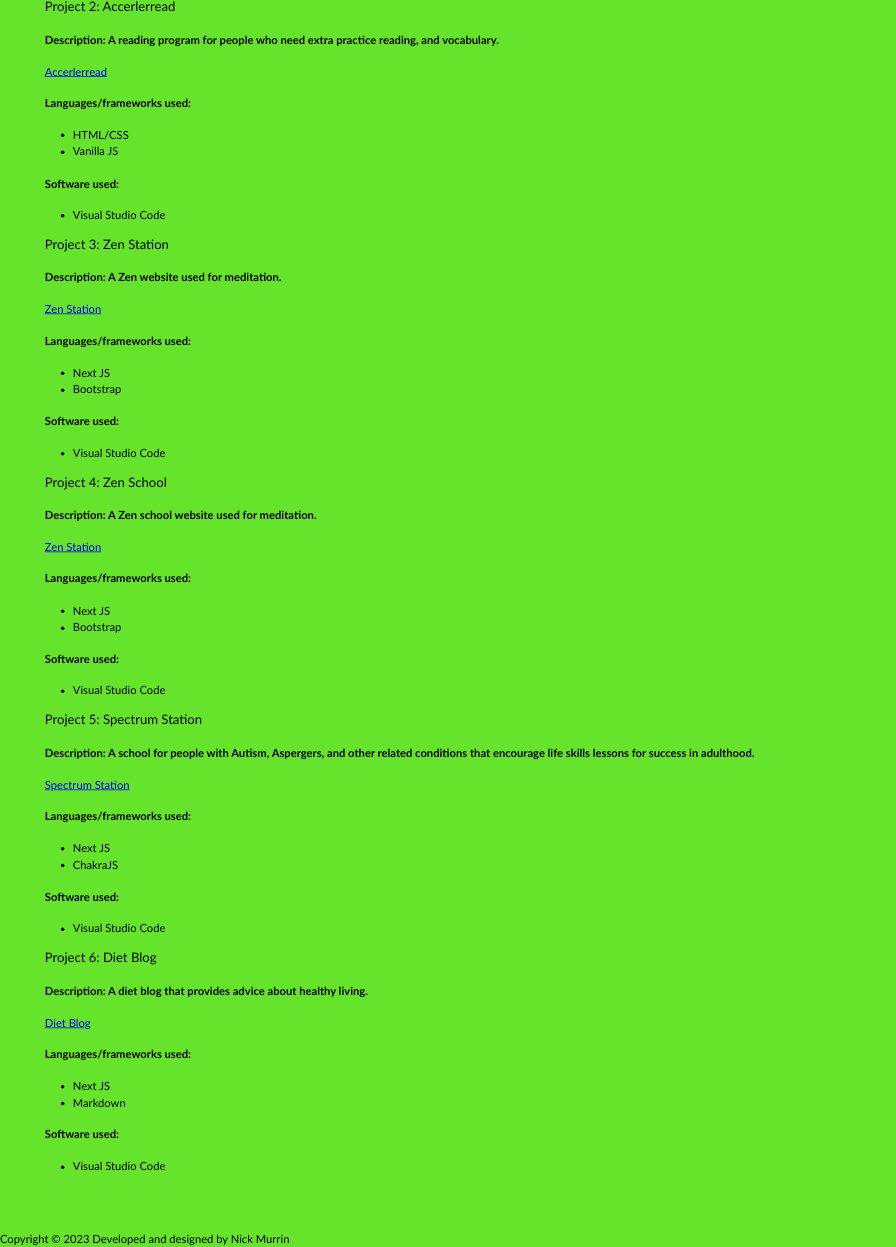
Repository: collegedude9300/modernport
Page: about.html
These files come from the project's save history. The page is drawn as it stood at one moment and after the next save; the edit follows.
The browser window is 1280 px wide. The pictures show the part of the page from y = 827 to 2747 px (the page is 2609 px tall before and 2747 px after), at 70% of full size.

Above is the page before, as saved 2023-06-26 22:14:15.

### about.html
<!DOCTYPE html>
<html lang="en">
<head>
  <meta charset="UTF-8">
  <meta name="viewport" content="width=device-width, initial-scale=1.0">
  <meta http-equiv="X-UA-Compatible" content="ie=edge">
  <link rel="stylesheet" href="css/main.css">
  <title>Portfolio</title>
</head>
<body>
<header>
<div class="menu-btn">
<div class="btn-line"></div>
<div class="btn-line"></div>
<div class="btn-line"></div>
</div>

<nav class="menu">
<div class="menu-branding">
<div class="portrait"></div>
</div>

<ul class="menu-nav">
<li class="nav-item">
<a href="index.html" class="nav-link">
Home
</a>
</li>

<li class="nav-item current">
<a href="about.html" class="nav-link">
About Me
</a>
</li>



<li class="nav-item">
<a href="contact.html" class="nav-link">
Contact Me
</a>
</li>
</ul>
</nav>
</header>
<main id="home">

<h1 class="lg-heading">
About Me:
</h1>
    <div class="about-info">
      <div class="bio">
        <p>My name is Nick Murrin and I am a Computer Science graduate of California State University San Marcos.
        In addition to being a web developer, I am also a mobile developer.
        </p>
        <h4>  Web Development Projects:</h4>
      </div>
      <div class="project1">
        <h3>Project 1: Education Station </h3>
        <h4>Description: A website for students to get extra practice with their early development skills.</h4>
        <a href="https://educationstation.vercel.app/ "/>Education Station </a>
<h4> Languages/frameworks used: </h4>
<ul>
  <li>HTML/CSS</li>
  <li>Vanilla JS </li>
</ul>
<h4> Software used: </h4>
<ul>
<li> Visual Studio Code  </li>
</ul>
      </div>
      <div class="project2">
        <h3>Project 2: Accerlerread</h3>
        <h4>Description: A reading program for people who need extra practice reading, and vocabulary. </h4>
        <a href="https://accelerread.vercel.app/"/> Accerlerread </a>
    <h4> Languages/frameworks used: </h4>
    <ul>
      <li>HTML/CSS</li>
      <li>Vanilla JS </li>
    </ul>
    <h4> Software used: </h4>
    <ul>
    <li> Visual Studio Code  </li>
    </ul>
      </div>
<div class="project3">
        <h3>Project 3: Zen Station</h3>
        <h4>Description: A Zen website used for meditation.</h4>
        <a href="https://zenstationnext.vercel.app/"/> Zen Station </a>
<h4> Languages/frameworks used: </h4>
<ul>
  <li>Next JS</li>
  <li>Bootstrap</li>
</ul>
<h4> Software used: </h4>
<ul>
<li> Visual Studio Code  </li>
</ul>
      </div>

      <div class="project4">
        <h3>Project 4: Zen School</h3>
        <h4>Description: A Zen school website used for meditation.</h4>
        <a href="https://zenschool.vercel.app/"/> Zen Station </a>
<h4> Languages/frameworks used: </h4>
<ul>
  <li>Next JS</li>
  <li>Bootstrap</li>
</ul>
<h4> Software used: </h4>
<ul>
<li> Visual Studio Code  </li>
</ul>
      </div>


      <div class="project5">
        <h3>Project 5: Spectrum Station</h3>
        <h4>Description: A school for people with Autism, Aspergers, and other related conditions that encourage life skills lessons for success in adulthood.</h4>
        <a href="https://spectrumstation.vercel.app/"/> Spectrum Station </a>
<h4> Languages/frameworks used: </h4>
<ul>
  <li>Next JS</li>
  <li>ChakraJS</li>
</ul>
<h4> Software used: </h4>
<ul>
<li> Visual Studio Code  </li>
</ul>
      </div>

      <div class="project6">
        <h3>Project 6:  Diet Blog</h3>
        <h4>Description: A diet blog that provides advice about healthy living.</h4>
        <a href="https://dietblog.vercel.app/"/> Diet Blog </a>
<h4> Languages/frameworks used: </h4>
<ul>
  <li>Next JS</li>
  <li>Markdown</li>
</ul>
<h4> Software used: </h4>
<ul>
<li> Visual Studio Code  </li>
</ul>
      </div>

</div>
</div>
</main>
  <footer id="main-footer">
  Copyright &copy; 2023
  Developed and designed by Nick Murrin
  </footer>
<script src="js/main.js"> </script>
</body>
</html>

### css/main.css
.menu-btn {
  position: absolute;
  z-index: 3;
  right: 35px;
  top: 35px;
  cursor: pointer;
  transition: all 0.5s ease-out; }
  .menu-btn .btn-line {
    width: 28px;
    height: 3px;
    margin: 0 0 5px 0;
    background: #000;
    transition: all 0.5s ease-out; }
  .menu-btn.close {
    transform: rotate(180deg); }
    .menu-btn.close .btn-line:nth-child(1) {
      transform: rotate(45deg) translate(5px, 5px); }
    .menu-btn.close .btn-line:nth-child(2) {
      opacity: 0; }
    .menu-btn.close .btn-line:nth-child(3) {
      transform: rotate(-45deg) translate(7px, -6px); }

.menu {
  position: fixed;
  top: 0;
  width: 100%;
  opacity: 0.9;
  visibility: hidden; }
  .menu.show {
    visibility: visible; }
  .menu-branding, .menu-nav {
    display: flex;
    flex-flow: column wrap;
    align-items: center;
    justify-content: center;
    float: left;
    width: 50%;
    height: 100vh;
    overflow: hidden; }
  .menu-nav {
    margin: 0;
    padding: 0;
    background: #f6a205;
    list-style: none;
    transform: translate3d(0, -100%, 0);
    transition: all 0.5s ease-out; }
    .menu-nav.show {
      transform: translate3d(0, 0, 0); }
  .menu-branding {
    background: #faac1b;
    transform: translate3d(0, 100%, 0);
    transition: all 0.5s ease-out; }
    .menu-branding.show {
      transform: translate3d(0, 0, 0); }
    .menu-branding .portrait {
      width: 250px;
      height: 250px; }
  .menu .nav-item {
    transform: translate3d(600px, 0, 0);
    transition: all 0.5s ease-out; }
    .menu .nav-item.show {
      transform: translate3d(0, 0, 0); }
  .menu .nav-link {
    display: inline-block;
    position: relative;
    font-size: 30px;
    text-transform: uppercase;
    padding: 1rem 0;
    font-weight: 300;
    color: #000;
    text-decoration: none;
    transition: all 0.5s ease-out; }

.nav-item:nth-child(1) {
  transition-delay: 0.1s; }

.nav-item:nth-child(2) {
  transition-delay: 0.2s; }

.nav-item:nth-child(3) {
  transition-delay: 0.3s; }

.nav-item:nth-child(4) {
  transition-delay: 0.4s; }

@media screen and (min-width: 1171px) {
  .projects {
    grid-template-columns: repeat(4, 1fr); } }

@media screen and (min-width: 769px) and (max-width: 1170px) {
  .projects {
    grid-template-columns: repeat(3, 1fr); } }

@media screen and (max-width: 768px) {
  main {
    align-items: center;
    text-align: center; }
    main .lg-heading {
      line-height: 1;
      margin-bottom: 1rem; }
  ul.menu-nav,
  div.menu-branding {
    float: none;
    width: 100%;
    min-height: 0; }
    ul.menu-nav.show,
    div.menu-branding.show {
      transform: translate3d(0, 0, 0); }
  .menu-nav {
    height: 75vh;
    transform: translate3d(-100%, 0, 0);
    font-size: 24px; }
  .menu-branding {
    height: 25vh;
    transform: translate3d(100%, 0, 0); }
    .menu-branding .portrait {
      width: 150px;
      height: 150px; }
  .about-info {
    grid-template-areas: 'bioimage'
 'bio'
 'job1'
 'job2'
 'job3';
    grid-template-columns: 1fr; }
  .projects {
    grid-template-columns: repeat(2, 1fr); } }

@media screen and (max-width: 500px) {
  main {
    padding: 2rem; }
    main #home h1 {
      margin-top: 10vh; }
    main .lg-heading {
      margin-top: 1rem;
      font-size: 5rem; }
  .projects {
    grid-template-columns: 1fr; } }

* {
  box-sizing: border-box; }

body {
  background: #66e42c;
  color: #0a0303;
  height: 100%;
  margin: 0;
  font-family: 'Trebuchet MS', 'Lucida Sans Unicode', 'Lucida Grande', 'Lucida Sans', Arial, sans-serif;
  line-height: 1.5; }

.transition1 {
  width: 150px;
  height: 150px;
  background: red;
  transition: width 3s; }

.transition2 {
  width: 150px;
  height: 150px;
  background: #12e7ee;
  transition: width 3s; }

.transition3 {
  width: 150px;
  height: 150px;
  background: #e7d918;
  transition: width 3s; }

.transition4 {
  width: 150px;
  height: 150px;
  background: rgba(238, 150, 18, 0.753);
  transition: width 3s; }

.myTitle {
  padding: 50px;
  margin: 20px;
  font-size: 30px;
  font-family: Cambria, Cochin, Georgia, Times, 'Times New Roman', serif;
  color: #1133ca; }

h1, h2, h3 {
  margin: 0;
  font-weight: 400; }

.lg-heading {
  font-size: 6rem; }

header {
  position: relative;
  z-index: 2; }

main {
  padding: 4rem;
  height: 100%; }
  main#home {
    overflow: hidden; }
  main h1 {
    margin-top: 20vh; }

### js/main.js
// Select DOM Items
const menuBtn = document.querySelector('.menu-btn');
const menu = document.querySelector('.menu');
const menuNav = document.querySelector('.menu-nav');
const menuBranding = document.querySelector('.menu-branding');
const navItems = document.querySelectorAll('.nav-item');

// Set Initial State Of Menu
let showMenu = false;

menuBtn.addEventListener('click', toggleMenu);

function toggleMenu() {
  if (!showMenu) {
    menuBtn.classList.add('close');
    menu.classList.add('show');
    menuNav.classList.add('show');
    menuBranding.classList.add('show');
    navItems.forEach(item => item.classList.add('show'));

    // Set Menu State
    showMenu = true;
  } else {
    menuBtn.classList.remove('close');
    menu.classList.remove('show');
    menuNav.classList.remove('show');
    menuBranding.classList.remove('show');
    navItems.forEach(item => item.classList.remove('show'));

    // Set Menu State
    showMenu = false;
  }
}

After the next save:
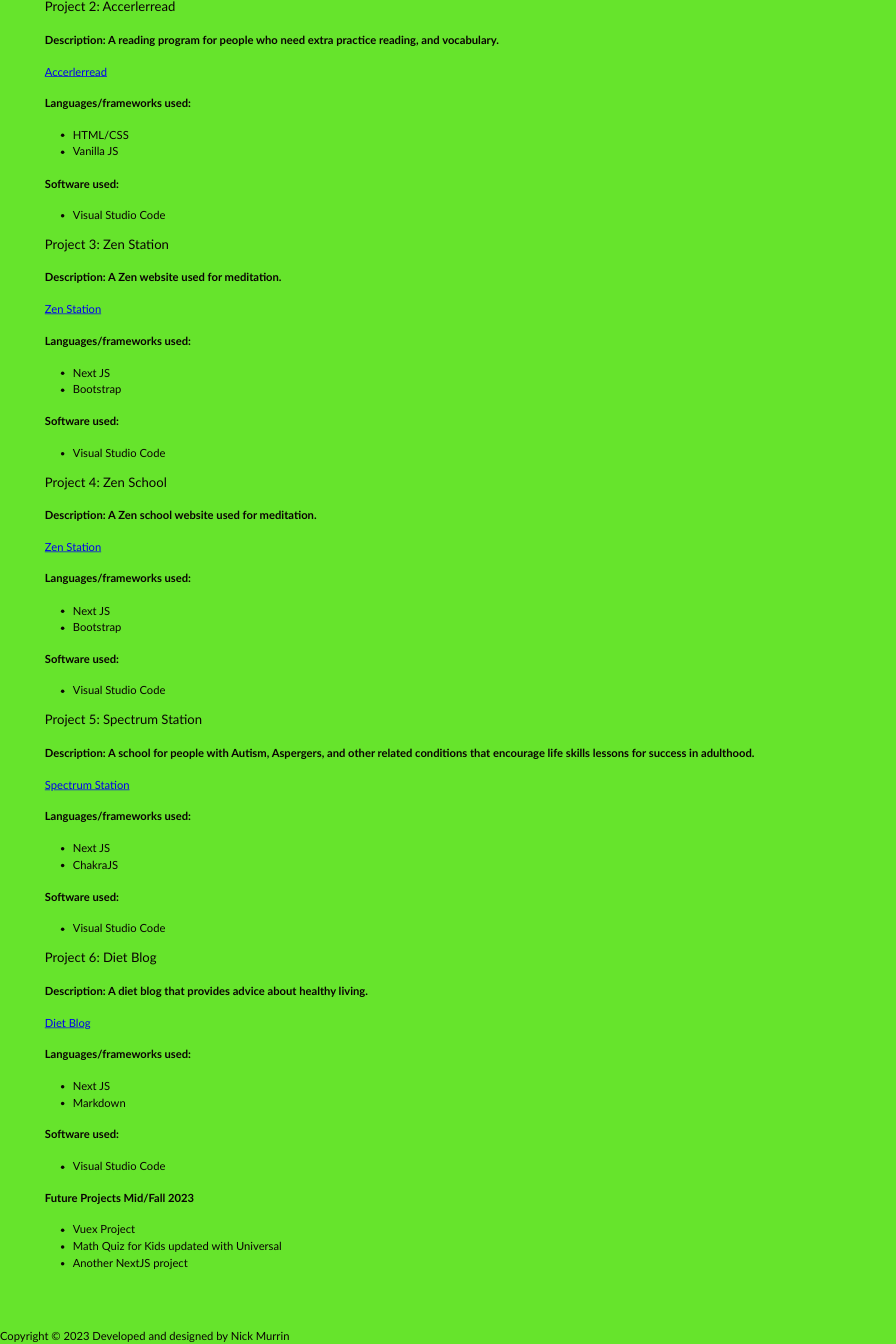
Saved 3 min 46 s later.
--- a/about.html
+++ b/about.html
@@ -144,6 +144,15 @@ About Me:
 </ul>
       </div>
 
+<h4> Future Projects Mid/Fall 2023  </h4>
+<ul>
+  <li> Vuex Project </li>
+  <li> Math Quiz for Kids updated with Universal </li>
+  <li> Another NextJS project </li>
+
+
+
+
 </div>
 </div>
 </main>
